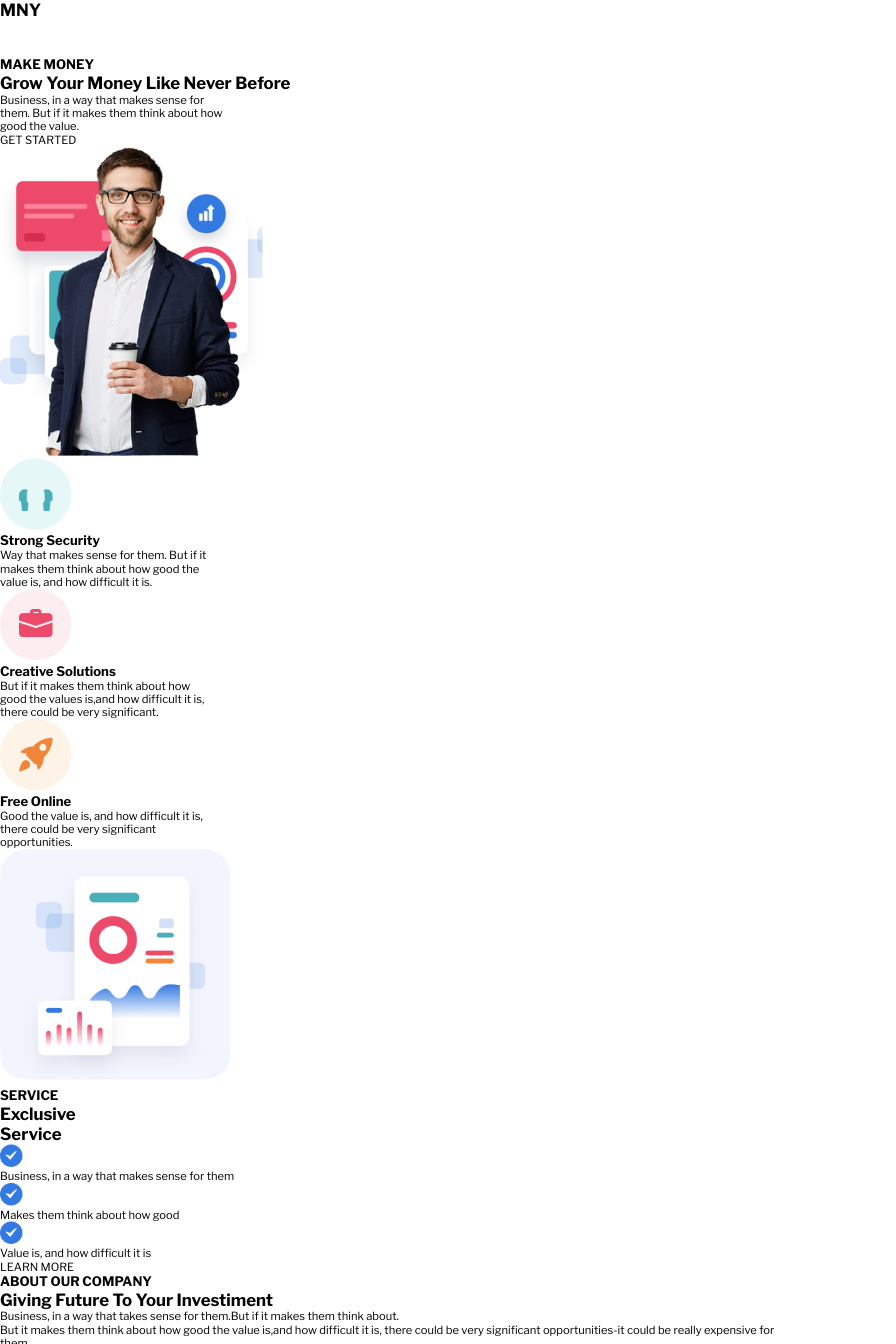
Repository: juniorAntunes910/Make-Money-Design-Avaliacao
Page: index.html
An editor plug-in stored every save of this project. The page is shown before and after a run of saves, followed by the edit.
The browser window is 1280 px wide. The pictures show the part of the page from y = 0 to 1920 px (the page is 4632 px tall), at 70% of full size.

Above is the page before, as saved 2026-03-13 08:09:09.

### index.html
<!DOCTYPE html>
<html lang="pt-br">

<head>
    <meta charset="UTF-8">
    <meta name="viewport" content="width=device-width, initial-scale=1.0">
    <title>Make Money</title>
    <link rel="stylesheet" href="style.css">
    <link rel="stylesheet" href="https://cdnjs.cloudflare.com/ajax/libs/font-awesome/6.5.1/css/all.min.css">
</head>

<body>
    <div class="gradient">
        <header>
            <nav class="container">
                <!--Tive que usar esse metodo alternativo para o gradient ficar correto e nao bugar com o container-->
                <h1 id="header-title">
                    MNY
                </h1>

                <div class="header-box-menu">
                    <img src="Assets/Mobile/header/img-menu-mobile.png" alt="Imagem do menu hamburgue">
                </div>
            </nav>
        </header>

        <main>
            <section id="hero" class="gradient">
                <div class="container">

                    <h3 class="hero-header-subtitle">
                        MAKE MONEY
                    </h3>

                    <h2 class="hero-header-title">
                        Grow Your
                        Money Like
                        Never Before
                    </h2>

                    <p class="hero-header-description">
                        Business, in a way that makes sense for <span class="quebra-mobile"></span>
                        them. But if it makes them think about how <span class="quebra-mobile"></span>
                        good the value.
                    </p>

                    <div id="hero-btn">
                        <p>GET STARTED</p>
                    </div>

                    <div id="hero-img-box">
                        <img src="Assets/Mobile/hero/main-content-img-manCoffe-Mobile.png" alt="Imagem de um homem com roupa de escritorio segurando um café com a mão esquerda, atras do homem há
                            3 graficos indicando crescimento" id="hero-img-box-mobile">

                    </div>
                </div>
            </section>
    </div>

    <section id="main-content" class="container">

        <div id="main-content-cards"><!--Estou usando como um container/box de cards-->

            <div class="main-content-card-box"><!--Primeiro "Card" Strong Security-->

                <div class="main-content-card-box-img-box"><!--Imagem do card-->
                    <img src="Assets/Mobile/main-content/img-card-strong-mobile.png" alt="Imagem de uma bola azul cor #E6F7F8 com duas luvas de box estilo low poly, tambem azul porem
                        mais escuro #49AFBA" class="main-content-card-box-img-box-mobile">
                </div><!--Fim da imagem do card-->

                <h3 class="main-content-card-box-content-title">
                    Strong Security
                </h3>

                <p class="main-content-card-box-content-description">
                    Way that makes sense for them. But if it <span class="quebra-mobile"></span>
                    makes them think about how good the <span class="quebra-mobile"></span>
                    value is, and how difficult it is. <span class="quebra-mobile"></span>
                </p>

            </div><!--Fim do Primeiro "Card" Strong security-->

            <div class="main-content-card-box"><!--Segundo "Card" Creative Solutiions-->

                <div class="main-content-card-box-img-box"><!--Imagem do card-->
                    <img src="Assets/Mobile/main-content/img-card-creative-mobile.png"
                        alt="Imagem de uma bola vermelha cor #FCEDF0, com uma maleta estilo escritorio tambem vermelha #ED496B "
                        class="main-content-card-box-img-box-mobile">
                </div><!--Fim da imagem do card-->

                <h3 class="main-content-card-box-content-title">
                    Creative Solutions
                </h3>

                <p class="main-content-card-box-content-description">
                    But if it makes them think about how <span class="quebra-mobile"></span>
                    good the values is,and how difficult it is, <span class="quebra-mobile"></span>
                    there could be very significant. <span class="quebra-mobile"></span>
                </p>

            </div><!--Fim do Segundo "Card" Creative Solutions-->

            <div class="main-content-card-box"><!--Terceiro "Card" Free Online-->

                <div class="main-content-card-box-img-box"><!--Imagem do card-->
                    <img src="Assets/Mobile/main-content/img-card-free-mobile.png"
                        alt="Imagem de uma bola amarela cor #FDF3E6, com um foguete tambem amarelo #F1863B "
                        class="main-content-card-box-img-box-mobile">
                </div><!--Fim da imagem do card-->

                <h3 class="main-content-card-box-content-title">
                    Free Online
                </h3>

                <p class="main-content-card-box-content-description">
                    Good the value is, and how difficult it is, <span class="quebra-mobile"></span>
                    there could be very significant <span class="quebra-mobile"></span>
                    opportunities. <span class="quebra-mobile"></span>
                </p>

            </div><!--Fim do Terceiro "Card" Free online-->
        </div><!--Fimd o container card Box-->

    </section>

    <div id="line-division-main" class="container"></div><!--Linha de divisão entre main-content e service-->


    <section id="service" class="container">

        <div id="service-img-box">
            <img src="Assets/Mobile/service/img-service-graph-mobile.png" alt="Imagem de dois graficos minimalistas, um grafico sendo o maior e possuindo varios graficos
                dentro da seu espaço e um grafico menor sendo de barras" id="img-service-mobile">
        </div>

        <div class="service-content">
            <div class="service-content-header">
                <h3 class="service-content-subtitle">
                    SERVICE
                </h3>

                <h2 class="service-content-title">
                    Exclusive <span class="quebra-mobile"></span>
                    Service
                </h2>
            </div>

            <div class="service-content-avaiable">
                <ul>
                    <li>
                        <div class="service-content-avaiable-img-box">
                            <img src="Assets/Mobile/service/img-service-avaiable-mobile.png"
                                alt="Imagem de uma bola azul com um simbolo de certo/correto branco no centro"
                                id="img-avaiable-mobile">
                        </div>
                        <p>
                            Business, in a way that makes
                            sense for them
                        </p>
                    </li>

                    <li>
                        <div class="service-content-avaiable-img-box">
                            <img src="Assets/Mobile/service/img-service-avaiable-mobile.png"
                                alt="Imagem de uma bola azul com um simbolo de certo/correto branco no centro"
                                class="img-avaiable-mobile">
                        </div>
                        <p>
                            Makes them think about how
                            good
                        </p>
                    </li>

                    <li>
                        <div class="service-content-avaiable-img-box">
                            <img src="Assets/Mobile/service/img-service-avaiable-mobile.png"
                                alt="Imagem de uma bola azul com um simbolo de certo/correto branco no centro"
                                class="img-avaiable-mobile">
                        </div>
                        <p>
                            Value is, and how difficult it is
                        </p>
                    </li>
                </ul>

                <div id="service-content-avaiable-btn">
                    <p>
                        LEARN MORE
                    </p>
                </div>
            </div>
        </div>
    </section>

    <section id="about">
        <div class="container">
            <h3 class="about-header-subtitle">
                ABOUT OUR COMPANY
            </h3>

            <h2 class="about-header-title">
                Giving Future To
                Your Investiment
            </h2>

            <p class="about-header-description">
                Business, in a way that takes
                sense for them.But if it makes
                them think about.
            </p>

            <p class="about-header-subdescription">
                But it makes them think about how good
                the value is,and how difficult it is, there
                could be very significant opportunities-it
                could be really expensive for them.
            </p>

            <div class="about-header-btn">
                <p>ABOUT US</p>
            </div>
        </div>

        <div id="about-img-box">
            <img src="Assets/Mobile/about/img-about-office-mobile.png"
                alt="imagem dividida em 4 elementos sendo a primeira em cima e maior
                com a foto de um trabalhador de escritorio sorrindo enquanto usa seu computador, abaixo na esquerda um grafico subindo, na direita
                possui duas imagem uma em cima da outra sendo a de cima um icone de banco e a de baixo um icone de cartao" class="about-img-box-img-mobile">
        </div>
    </section>

    <section id="testimonials">
        <div id="testimonials-header">
            <h3 class="testimonials-header-subtitle">
                Testimonials
            </h3>
            <h2 class="testimonials-header-title">
                What Clients
                Say
            </h2>
        </div>

        <div id="testimonials-cards-box"><!--Box de cards testimonial-->

            <div class="testimonials-cards-box-card">

                <div class="testimonials-cards-box-card-header"><!--Person 1-->
                    <div class="testimonials-cards-box-card-header-img-person">
                        <img src="Assets/Mobile/testimonials/persons/img-person1-mobile.png"
                            alt="Imagem de uma pessoa com boné, filtro preto e branco olhando para baixo enquanto sorri"
                            class="testimonials-cards-box-card-header-img-person-mobile">
                    </div>
                    <h3 class="testimonials-cards-box-card-header-title">
                        Asaka Chimako
                    </h3>
                    <div class="testimonials-cards-box-card-header-img-stars">
                        <img src="Assets/Mobile/testimonials/img-stars.png"
                            alt="Imagem de 5 estrelas amarelas, usadas como avaliação"
                            class="testimonials-cards-box-card-header-img-stars-mobile">
                    </div>
                </div>
                <div class="testimonials-cards-box-card-content">
                    <p>Business, in a way that makes sense
                        for them.But if it makes them think
                        about how good the value is, and how
                        difficult it is.
                    </p>
                </div>

                <div class="testimonials-cards-box-card-companys">
                    <div class="testimonials-cards-box-card-companys-img">
                        <img src="Assets/Mobile/testimonials/company/img-digitalside.png" alt="Logo da DigitalSide"
                            class="testimonials-cards-box-card-companys-img-mobile">
                    </div>
                    <p>This week</p>
                </div>

            </div><!--Fim do Person 1-->


            <!--Person 2-->
            <div class="testimonials-cards-box-card-azul"><!--Person 2-->
                <div class="testimonials-cards-box-card-header container">
                    <div class="testimonials-cards-box-card-header-img-person">
                        <img src="Assets/Mobile/testimonials/persons/img-person2-mobile (1).png"
                            alt="Imagem de uma pessoa olhando para a camera enquanto sorri"
                            class="testimonials-cards-box-card-header-img-person-mobile">
                    </div>
                    <h3 class="testimonials-cards-box-card-header-title azul-title">
                        Denice Ekdahl
                    </h3>
                    <div class="testimonials-cards-box-card-header-img-stars">
                        <img src="Assets/Mobile/testimonials/img-stars.png"
                            alt="Imagem de 5 estrelas amarelas, usadas como avaliação"
                            class="testimonials-cards-box-card-header-img-stars-mobile">
                    </div>
                </div>
                <div class="testimonials-cards-box-card-content container azul">
                    <p>
                        But if it makes them think about how
                        good the value is, and how difficult it is,
                        there could be very significant
                        opportunities.
                    </p>
                </div>

                <div class="testimonials-cards-box-card-companys container azul azul-bottom">
                    <div class="testimonials-cards-box-card-companys-img">
                        <img src="Assets/Mobile/testimonials/company/img-vortex.png" alt="Logo da Vortex"
                            class="testimonials-cards-box-card-companys-img-mobile">
                    </div>
                    <p>2 weeks ago</p>
                </div>
            </div>

            <div class="testimonials-cards-box-card">
                <div class="testimonials-cards-box-card-header"><!--Person 3-->
                    <div class="testimonials-cards-box-card-header-img-person">
                        <img src="Assets/Mobile/testimonials/persons/img-person3-mobile.png"
                            alt="Imagem de uma pessoa olhando para a camera enquanto sorri"
                            class="testimonials-cards-box-card-header-img-person-mobile">
                    </div>
                    <h3 class="testimonials-cards-box-card-header-title">
                        Vladěna Klímková
                    </h3>
                    <div class="testimonials-cards-box-card-header-img-stars">
                        <img src="Assets/Mobile/testimonials/img-stars.png"
                            alt="Imagem de 5 estrelas amarelas, usadas como avaliação"
                            class="testimonials-cards-box-card-header-img-stars-mobile">
                    </div>
                </div>
                <div class="testimonials-cards-box-card-content">
                    <p>
                        Think about how good the value is, and
                        how difficult it is, there could be very
                        significant opportunities.
                    </p>
                </div>

                <div class="testimonials-cards-box-card-companys">
                    <div class="testimonials-cards-box-card-companys-img">
                        <img src="Assets/Mobile/testimonials/company/img-fusionsource.png" alt="Logo da FusionSource"
                            class="testimonials-cards-box-card-companys-img-mobile">
                    </div>
                    <p>3 weeks ago</p>
                </div>
            </div>
        </div>

        <div id="testimonials-btn">
            <p>
                TESTIMONIALS
            </p>
        </div>

        <div id="testimonials-ad">
            <h3>Business, in a way that
                makes sense for them. But
                if it makes them think.
            </h3>

            <div id="testimonials-ad-companys">
                <ul>
                    <li>
                        <div class="testimonials-ad-companys-companys-img">
                            <img src="Assets/Mobile/testimonials/company/digitalGra de.png" alt="Logo da digitalSide"
                                class="testimonials-ad-companys-companys-img-mobile">
                        </div>
                    </li>

                    <li>
                        <div class="testimonials-ad-companys-companys-img">
                            <img src="Assets/Mobile/testimonials/company/img-travelexplorer.png"
                                alt="Logo da travelExplorer" class="testimonials-ad-companys-companys-img-mobile">
                        </div>
                    </li>


                    <li>
                        <div class="testimonials-ad-companys-companys-img">
                            <img src="Assets/Mobile/testimonials/company/img-fusionsource.png" alt="Logo da fusionsorce"
                                class="testimonials-ad-companys-companys-img-mobile">
                        </div>
                    </li>


                    <li>
                        <div class="testimonials-ad-companys-companys-img">
                            <img src="Assets/Mobile/testimonials/company/img-mediafury.png" alt="Logo da mediaFury"
                                class="testimonials-ad-companys-companys-img-mobile">
                        </div>
                    </li>
                </ul>
            </div>

            <div class="testimonials-ad-download-img-box">
                <img src="Assets/Mobile/testimonials/img-testimonial-download-mobile.png"
                    alt="Imagem de com 2 celulares em baixo e uma mensagem de download em cima"
                    id="testimonials-ad-download-img-box-mobile">
            </div>
        </div>

    </section>

    <section id="contact">
        <div class="card-azul container">
            <h3 class="container">Get In Touch</h3>
            <form action="#" method="post" class="container">
                <input type="text" id="email" name="email" placeholder="Your email">
                <div class="select-container">
                    <select>
                        <option value="" disabled selected>Subject</option>
                    </select>
                </div>
                <textarea placeholder="Message"></textarea>
                <div class="form-btn">
                    <button type="submit">SUBMIT NOW</button>
                </div>
            </form>
        </div>

        <div id="contact-content" class="container">
            <h3 class="contact-content-subtitle">
                CONTACT
            </h3>
            <h2 class="contact-content-title">
                Contact Us
            </h2>
            <p class="contact-content-description">
                About how good the value is, and how
                difficult it is, there could be very significant
                opportunities.
            </p>
        </div>

        <div id="contact-infos" class="container">
            <ul>
                <li>
                    <div class="contact-infos-img">
                        <img src="Assets/Mobile/contact/img-pin-address-mobile.png"
                            alt="Imagem de uma bola azul, dentro tem um simbolo de localização branco"
                            class="contact-infos-img-mobile">
                    </div>
                    <p>69 Branch Lane Griffin, GA 30223</p>
                </li>

                <li>
                    <div class="contact-infos-img">
                        <img src="Assets/Mobile/contact/img-celphone-mobile.png"
                            alt="Imagem de uma bola azul, dentro tem um telefone branco"
                            class="contact-infos-img-mobile">
                    </div>
                    <p>+1 (234) 567-89-00</p>
                </li>

                <li>
                    <div class="contact-infos-img">
                        <img src="Assets/Mobile/contact/img-email-mobile.png"
                            alt="Imagem de uma bola azul, dentro tem um simbolo de email branco"
                            class="contact-infos-img-mobile">
                    </div>
                    <p>money@info.com</p>
                </li>
            </ul>

            <div class="contact-infos-btn-box">
                <h3 class="contact-infos-btn-box-title">
                    All-in-One Money Solution for Your Business
                </h3>

                <div class="contact-infos-btn-box-btn">
                    <p>
                        CONTACT US
                    </p>
                </div>

                <div class="contact-infos-btn-box-btn">
                    <p>
                        GET STARTED
                    </p>
                </div>
            </div>
        </div>

    </section>

    <div id="line-division-footer-1" class="container"></div>
    </main>

    <footer>

        <h2 id="footer-title">
            MNY
        </h2>

        <div id="footer-links">
            <h4>MENU</h4>
            <ul>
                <li>
                    <p>About</p>
                </li>

                <li>
                    <p>Pricing</p>
                </li>

                <li>
                    <p>Blog</p>
                </li>

                <li>
                    <p>Contact</p>
                </li>
            </ul>

            <h4>SERVICE</h4>
            <ul>
                <li>
                    Finance Analytics
                </li>

                <li>
                    Consulting
                </li>

                <li>
                    Audit & Assurance
                </li>

                <li>
                    Tax Advisory
                </li>
            </ul>

            <div class="footer-links-social">
                <i class="fa-brands fa-facebook-f"></i>

                <i class="fa-brands fa-twitter"></i>

                <i class="fa-brands fa-instagram"></i>
            </div>
        </div>

        <div id="line-division-footer-2" class="container"></div>

        <section id="copyright">

            <div class="copyright-title">
                <p>Copyright © 2021 Laaqiq. </p>
                <p>All Rights Reserved.</p>
            </div>

            <div class="copyright-terms">
                <p>Terms of Use</p>
                <p>Privacy Policy</p>
            </div>
        </section>
    </footer>
</body>

</html>

### style.css
@import url('https://fonts.googleapis.com/css2?family=Libre+Franklin:wght@300;400;700;900&display=swap');

/*Reset */
* {
    margin: 0;
    padding: 0;
    box-sizing: border-box;
}

/*Variaveis */
:root {
    /*Cores*/
    --color-primary: #3279E2;
    --color-primary-light: #CACAEB;
    --color-primary-dark: #062654;
    --color-white: #fff;
    --color-black: #111111;
    --color-text-main: #333333;
    --color-text-opacity: #333333BF;
    --color-subtitle: #AAC4EA;
    --color-bg-about: #ECF1FA;
    --color-line: #D5D6E1;
    --color-border-opacity: #3279E24D;
    --color-white-opacity: #FFFFFF80;
    --color-border-testi: #FFFFFF4B;

    /*Pesos*/
    --weight-light: 300;
    --weight-bold: 700;
    --weight-black: 900;

    /*Radius*/
    --radius-sm: 1rem;
    --radius-md: 1.2rem;
    --radius-lg: 1.5rem;
    --radius-xl: 2.5rem;
    --radius-circle: 5rem;
}

/*Globais */

body {
    font-family: "Libre Franklin", sans-serif;
}

.container {
    width: 90%;
    mmargin: 0 auto;
}

.quebra-mobile{
    display: block;
}

.gradient {

}

After the next 2 saves:
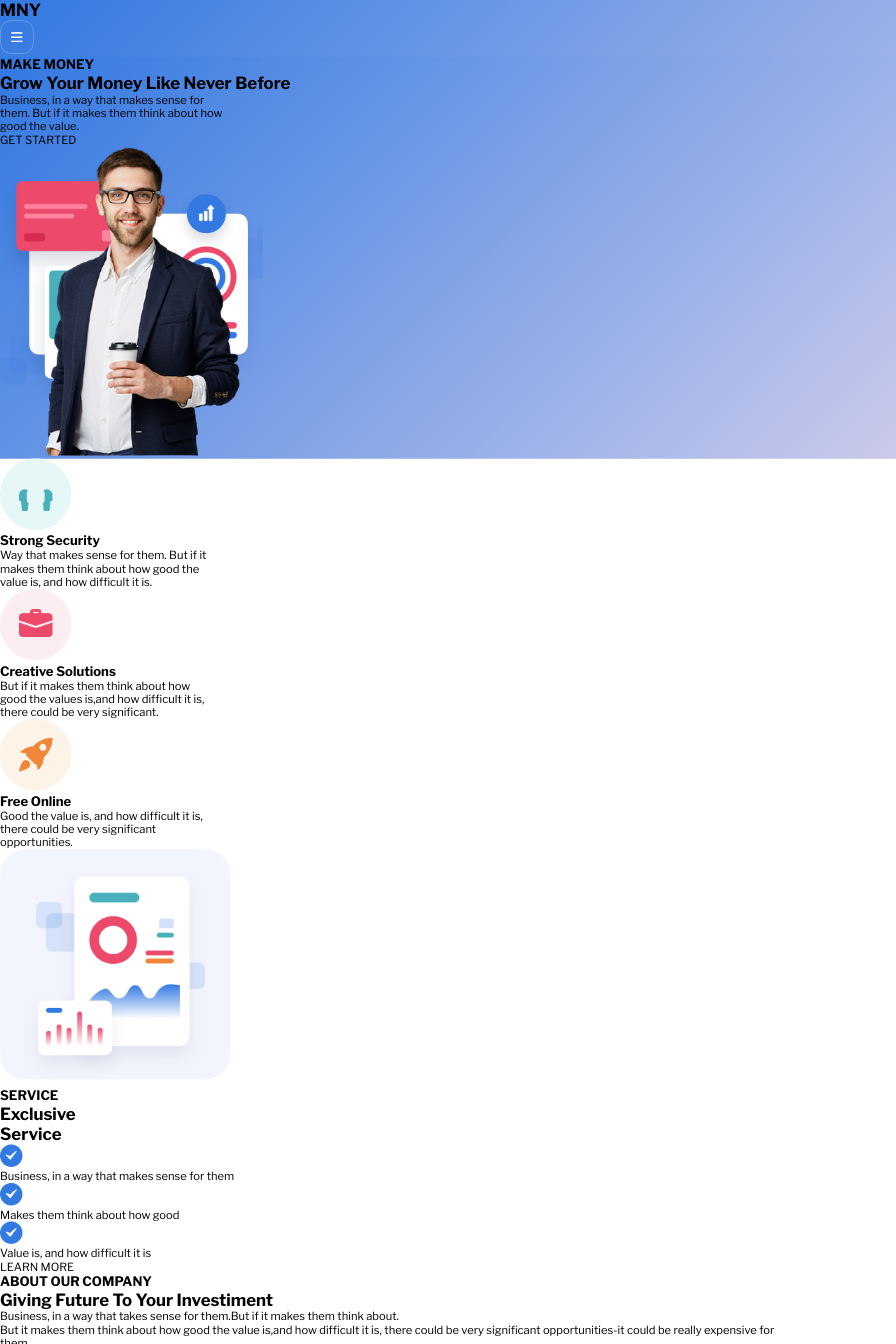
The 2 saves are shown as one change because they came seconds apart.
The last was saved 7 s later.
--- a/style.css
+++ b/style.css
@@ -48,10 +48,10 @@ body {
     mmargin: 0 auto;
 }
 
-.quebra-mobile{
+.quebra-mobile {
     display: block;
 }
 
 .gradient {
-
+    background: linear-gradient(135deg, var(--color-primary) 0%, var(--color-primary-light) 100%);
 }
